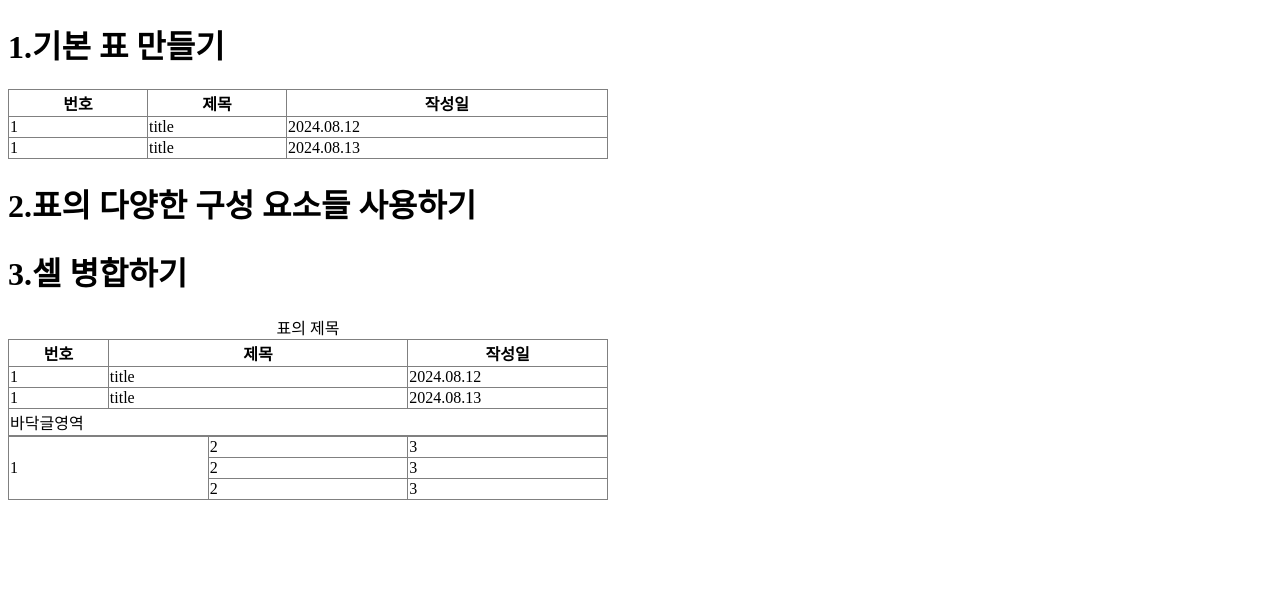
Repository: Junvelop/hkdevelope
Page: Downloads/back_end_edu20240624-master (1)/front_end_20240627/src/main/webapp/html05_표만들기.html
An editor plug-in stored every save of this project. The page is shown before and after the next save, followed by the edit.
The browser window is 1280 px wide. The pictures show the whole page.

Above is the page before, as saved 2024-08-12 07:22:36.

### Downloads/back_end_edu20240624-master (1)/front_end_20240627/src/main/webapp/html05_표만들기.html
<!DOCTYPE html>
<html>
<head>
<meta charset="EUC-KR">
<title>html05_표만들기</title>
<style type = "text/css">
		table{border-collapse : collapse;}
		.tb{width:600px;}
</style>


</head>
<body>
<h1>1.기본 표 만들기</h1>
	<table border = "1" class = "tb">
		<tr>    <th>번호</th>   <th>제목</th>    <th>작성일</th>    </tr>
		<tr>    <td>1</td>   <td>title</td>    <td>2024.08.12</td>    </tr>
		<tr>    <td>1</td>   <td>title</td>    <td>2024.08.13</td>    </tr>
	</table>


<h1>2.표의 다양한 구성 요소들 사용하기</h1>
	<table border = "1" class = "tb">
		<caption>표의 제목 </caption>
		<col width = "100px"/> <col width = "300px"/> <col width = "200px"/>
		<thead>
		<tr>    <th>번호</th>   <th>제목</th>    <th>작성일</th>    </tr>  </thead>
	<tbody>	<tr>    <td>1</td>   <td>title</td>    <td>2024.08.12</td>    </tr>
		<tr>    <td>1</td>   <td>title</td>    <td>2024.08.13</td>    </tr>

	</tbody>

	<tfoot>
			<tr><td colspan = "3"> 바닥글영역 </td></tr>
	</tfoot>



<h1>3.셀 병합하기</h1>
	<table border = "1" class = "tb">
		<tr>    <td rowspan ="3">1</td>   <td>2</td>  <td>3</td> </tr>
		<tr>    <td>2</td>      <td>3</td>    </tr>
		<tr>    <td>2 </td>   <td>3</td>   </tr>
	</table>


	</table>


</body>
</html>

After the next save:
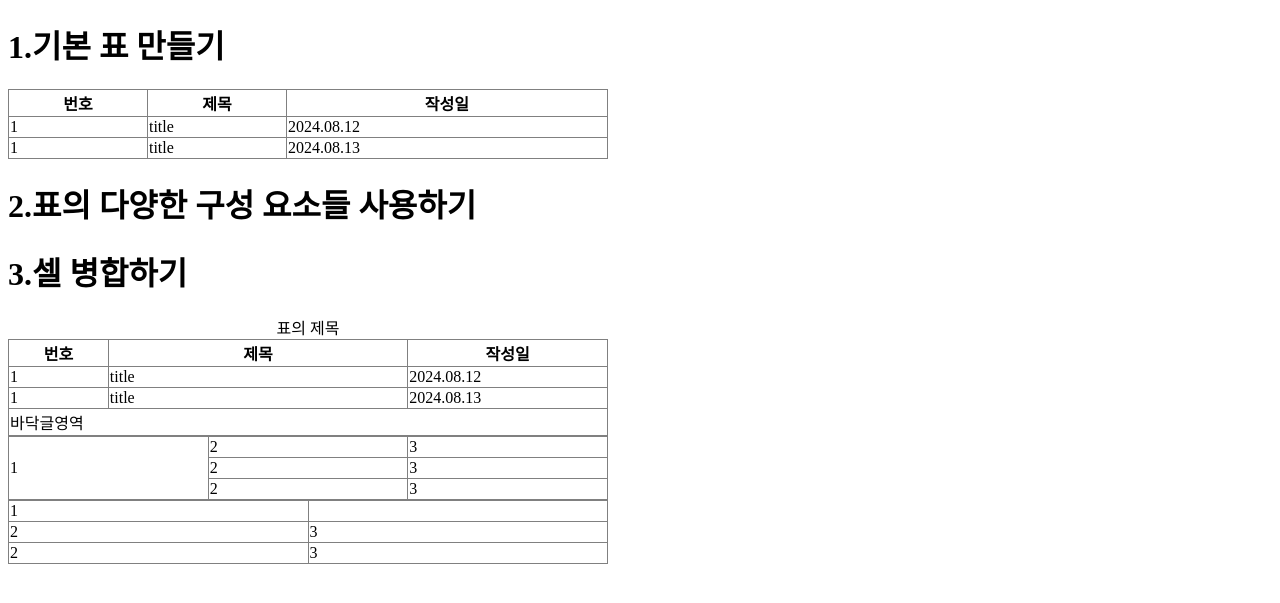
Saved 2 min 14 s later.
--- a/Downloads/back_end_edu20240624-master (1)/front_end_20240627/src/main/webapp/html05_표만들기.html
+++ b/Downloads/back_end_edu20240624-master (1)/front_end_20240627/src/main/webapp/html05_표만들기.html
@@ -44,6 +44,15 @@
 	</table>
 
 
+
+
+	<table border = "1" class = "tb">
+		<tr>    <td colspan ="1">    1    </td>    </tr>
+		<tr>    <td>2</td>      <td>3</td>    </tr>
+		<tr>    <td>2 </td>   <td>3</td>   </tr>
+	</table>
+
+
 	</table>
 
 
